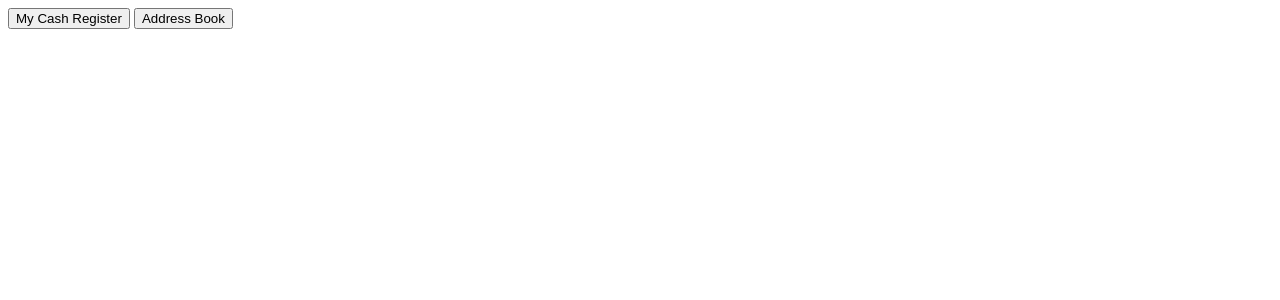
Repository: telemacquev/info2180project1
Page: index.html
The author's editor kept a record of every edit. The page is drawn from the files as they stood at one moment, then again after the next edit.
The browser window is 1280 px wide. The pictures show the whole page.

Above is the page before.

### index.html
<!DOCTYPE html>
<html>
    <head>
        <link type="text/css" rel="stylesheet" href="stylesheet.css"/>
		<title> INFO2180project1</title>

        <script type="text/javascript" src="script01.js" ></script>
        <script type="text/javascript" src="script02.js" ></script>
    </head>
    <body>
        <input type="button" onclick="runMe()" value="My Cash Register">
        <input type="button" onclick="runMe2()" value="Address Book">
    </body>
</html>

### stylesheet.css

/*
div {
    align-items: flex-start;
}
*/
#heading {
    width:70%;
    height: auto;
}

#contact {
    width: 40%;
    height: 40px;
}


#button01 {
   width: 150px;
   height: 50px;
   background-color: gray;
   color:blue;
   border-radius: 95%;
   border: 2px solid black;
}

#button01:hover {
   background-color: blue;
   color: green;
}


a:hover {
     text-decoration:none;
     background-color:yellow;
     color:#302013;
     font-family: Cursive, Arial;
}

### script01.js
function StaffMember(name,discountPercent){
    this.name = name;
    this.discountPercent = discountPercent;
}

var sally = new StaffMember("Sally",5);
var bob = new StaffMember("Bob",10);

// Create yourself again as 'me' with a staff discount of 20%
var me = new StaffMember("Valentine Telemaque",20);

var cashRegister = {
    total:0,
    lastTransactionAmount: 0,
    add: function(itemCost){
        this.total += (itemCost || 0);
        this.lastTransactionAmount = itemCost;
    },
    scan: function(item,quantity){
        switch (item){
        case "eggs": this.add(0.98 * quantity); break;
        case "milk": this.add(1.23 * quantity); break;
        case "magazine": this.add(4.99 * quantity); break;
        case "chocolate": this.add(0.45 * quantity); break;
        }
        return true;
    },
    voidLastTransaction : function(){
        this.total -= this.lastTransactionAmount;
        this.lastTransactionAmount = 0;
    },
    applyStaffDiscount: function(employee)     { this.total *= ((100 - employee.discountPercent)/100);
    }
};

cashRegister.scan('eggs',1);
cashRegister.scan('milk',1);
cashRegister.scan('magazine',3);
// Apply your staff discount by passing the 'me' object
cashRegister.applyStaffDiscount(me);


function runMe() {
    alert ('Your bill is $'+cashRegister.total.toFixed(2));
}

### script02.js
var bob = {
    firstName: "Bob",
    lastName: "Jones",
    phoneNumber: "(650) 777-7777",
    email: "bob.jones@example.com"
};

var mary = {
    firstName: "Mary",
    lastName: "Johnson",
    phoneNumber: "(650) 888-8888",
    email: "mary.johnson@example.com"
};

var contacts = [bob, mary];

function printPerson(person) {
    alert(person.firstName + " " + person.lastName);
}

function list() {
	var contactsLength = contacts.length;
	for (var i = 0; i < contactsLength; i++) {
		printPerson(contacts[i]);
	}
}

function search(lname) {
	for (var i = 0; i < contacts.length; i++) {
		if (contacts[i].lastName===lname) {
		    printPerson(contacts[i]);
		}
	}
}

function add(firstName, lastName, email, phoneNumber) {
    contacts[contacts.length] = {
    firstName: firstName,
    lastName: lastName,
    phoneNumber: phoneNumber,
    email: email
    };
};


function runMe2() {
    add("Leon","Jones","leon@gmail.com","(845) 848-9585");
    list();
}

After the next edit:
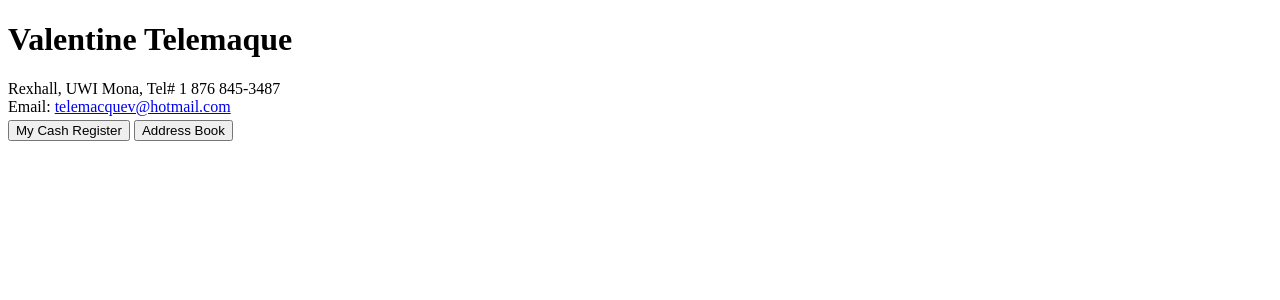
The edit:
--- a/index.html
+++ b/index.html
@@ -8,6 +8,11 @@
         <script type="text/javascript" src="script02.js" ></script>
     </head>
     <body>
+    	<div id="heading"> <p>  <h1> Valentine Telemaque </h1> </p> </div>
+
+		<div id="contact"> <p> Rexhall, UWI Mona, Tel# 1 876 845-3487 <br>
+		Email: <a href="mailto:telemacquev@hotmai.com?Subject=Interview%20shortlist" target="_top">
+		telemacquev@hotmail.com</a> </p> </div>
         <input type="button" onclick="runMe()" value="My Cash Register">
         <input type="button" onclick="runMe2()" value="Address Book">
     </body>
